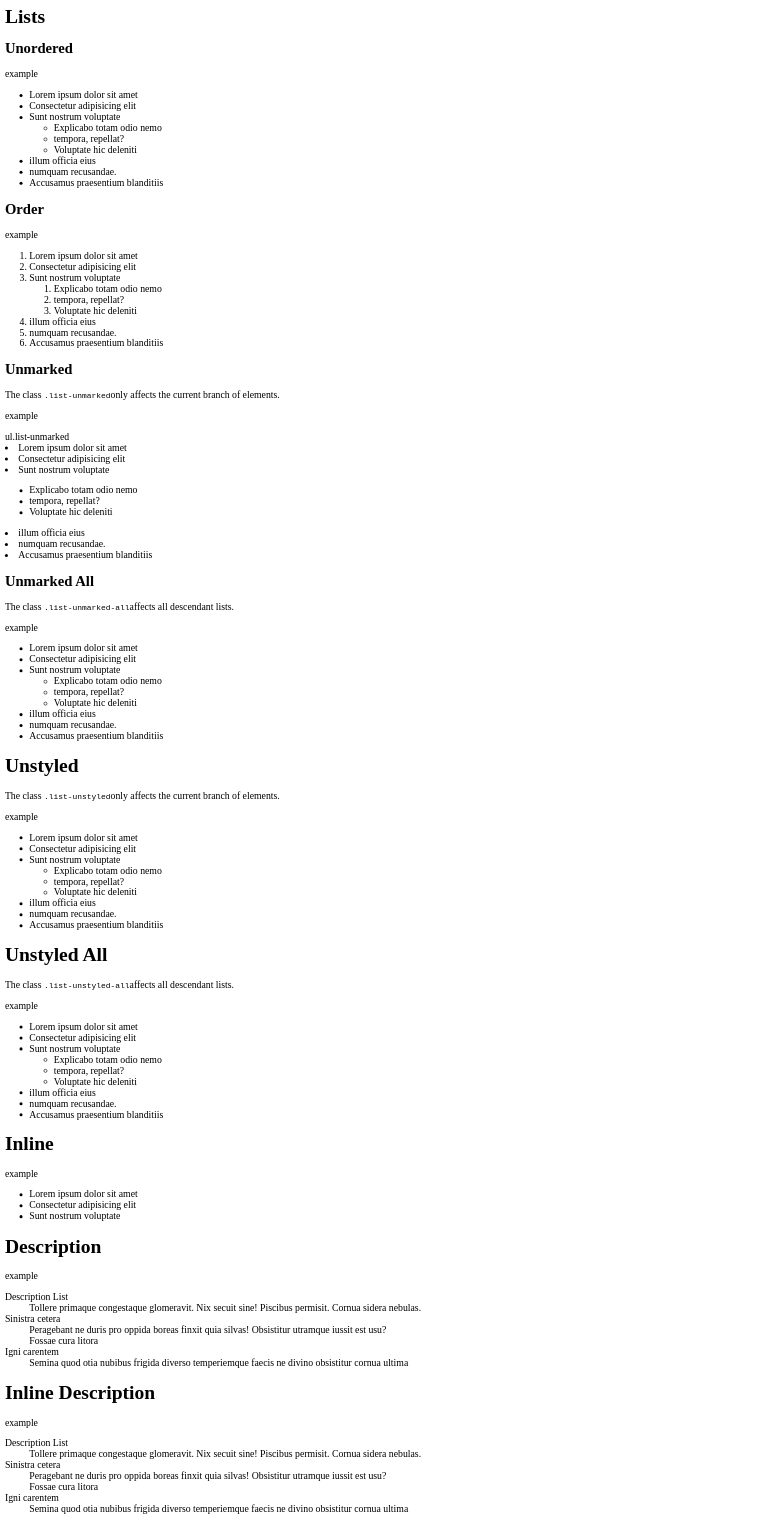
Repository: sympolinc/silk
Page: http://localhost/views/lists.php
The author's editor kept a record of every edit. The page is drawn from the files as they stood at one moment, then again after the next edit.
The browser window is 1280 px wide. The pictures show the whole page, at 61% of full size.
The page is run by PHP 8.4 with error messages shown; the project is at /var/www/html/.

Above is the page before.

### views/lists.php
<div class="section">
    <h1>Lists</h1>
    <div class="section">
        <h2>Unordered</h2>
        <div class="silk-example">
            <span class="lang">example</span>
            <div data-example>
                <ul>
                    <li>Lorem ipsum dolor sit amet</li>
                    <li>Consectetur adipisicing elit</li>
                    <li>Sunt nostrum voluptate
                        <ul>
                            <li>Explicabo totam odio nemo</li>
                            <li>tempora, repellat?</li>
                            <li>Voluptate hic deleniti</li>
                        </ul>
                    </li>
                    <li>illum officia eius</li>
                    <li>numquam recusandae.</li>
                    <li>Accusamus praesentium blanditiis</li>
                </ul>
            </div>
        </div>
    </div>
    <div class="section">
        <h2>Order</h2>
        <div class="silk-example">
            <span class="lang">example</span>
            <div data-example>
                <ol>
                    <li>Lorem ipsum dolor sit amet</li>
                    <li>Consectetur adipisicing elit</li>
                    <li>Sunt nostrum voluptate
                        <ol>
                            <li>Explicabo totam odio nemo</li>
                            <li>tempora, repellat?</li>
                            <li>Voluptate hic deleniti</li>
                        </ol>
                    </li>
                    <li>illum officia eius</li>
                    <li>numquam recusandae.</li>
                    <li>Accusamus praesentium blanditiis</li>
                </ol>
            </div>
        </div>
    </div>
    <div class="section">
        <h2>Unmarked</h2>
        <p>The class
            <code>.list-unmarked</code>only affects the current branch of elements.</p>
        <div
        class="silk-example">
            <span class="lang">example</span>
            <p data-example></p>
            <div>ul.list-unmarked
                <li>Lorem ipsum dolor sit amet</li>
                <li>Consectetur adipisicing elit</li>
                <li>Sunt nostrum voluptate
                    <ul>
                        <li>Explicabo totam odio nemo</li>
                        <li>tempora, repellat?</li>
                        <li>Voluptate hic deleniti</li>
                    </ul>
                </li>
                <li>illum officia eius</li>
                <li>numquam recusandae.</li>
                <li>Accusamus praesentium blanditiis</li>
            </div>
    </div>
</div>
<div class="section">
    <h2>Unmarked All</h2>
    <p>The class
        <code>.list-unmarked-all</code>affects all descendant lists.</p>
    <div class="silk-example">
        <span class="lang">example</span>
        <div data-example>
            <ul class="list-unmarked-all">
                <li>Lorem ipsum dolor sit amet</li>
                <li>Consectetur adipisicing elit</li>
                <li>Sunt nostrum voluptate
                    <ul>
                        <li>Explicabo totam odio nemo</li>
                        <li>tempora, repellat?</li>
                        <li>Voluptate hic deleniti</li>
                    </ul>
                </li>
                <li>illum officia eius</li>
                <li>numquam recusandae.</li>
                <li>Accusamus praesentium blanditiis</li>
            </ul>
        </div>
    </div>
</div>
<div class="section">
    <h1>Unstyled</h1>
    <p>The class
        <code>.list-unstyled</code>only affects the current branch of elements.</p>
    <div
    class="silk-example">
        <span class="lang">example</span>
        <div data-example>
            <ul class="list-unstyled">
                <li>Lorem ipsum dolor sit amet</li>
                <li>Consectetur adipisicing elit</li>
                <li>Sunt nostrum voluptate
                    <ul>
                        <li>Explicabo totam odio nemo</li>
                        <li>tempora, repellat?</li>
                        <li>Voluptate hic deleniti</li>
                    </ul>
                </li>
                <li>illum officia eius</li>
                <li>numquam recusandae.</li>
                <li>Accusamus praesentium blanditiis</li>
            </ul>
        </div>
</div>
</div>
<div class="section">
    <h1>Unstyled All</h1>
    <p>The class
        <code>.list-unstyled-all</code>affects all descendant lists.</p>
    <div class="silk-example">
        <span class="lang">example</span>
        <div data-example>
            <ul class="list-unstyled-all">
                <li>Lorem ipsum dolor sit amet</li>
                <li>Consectetur adipisicing elit</li>
                <li>Sunt nostrum voluptate
                    <ul>
                        <li>Explicabo totam odio nemo</li>
                        <li>tempora, repellat?</li>
                        <li>Voluptate hic deleniti</li>
                    </ul>
                </li>
                <li>illum officia eius</li>
                <li>numquam recusandae.</li>
                <li>Accusamus praesentium blanditiis</li>
            </ul>
        </div>
    </div>
</div>
<div class="section">
    <h1>Inline</h1>
    <div class="silk-example">
        <span class="lang">example</span>
        <div data-example>
            <ul class="list-inline">
                <li>Lorem ipsum dolor sit amet</li>
                <li>Consectetur adipisicing elit</li>
                <li>Sunt nostrum voluptate</li>
            </ul>
        </div>
    </div>
</div>
<div class="section">
    <h1>Description</h1>
    <div class="silk-example">
        <span class="lang">example</span>
        <div data-example>
            <dl>
                <dt>Description List</dt>
                <dd>Tollere primaque congestaque glomeravit. Nix secuit sine! Piscibus permisit.
                    Cornua sidera nebulas.</dd>
                <dt>Sinistra cetera</dt>
                <dd>Peragebant ne duris pro oppida boreas finxit quia silvas! Obsistitur utramque
                    iussit est usu?</dd>
                <dd>Fossae cura litora</dd>
                <dt>Igni carentem</dt>
                <dd>Semina quod otia nubibus frigida diverso temperiemque faecis ne divino
                    obsistitur cornua ultima</dd>
            </dl>
        </div>
    </div>
</div>
<div class="section">
    <h1>Inline Description</h1>
    <div class="silk-example">
        <span class="lang">example</span>
        <div data-example>
            <dl class="dl-inline">
                <dt>Description List</dt>
                <dd>Tollere primaque congestaque glomeravit. Nix secuit sine! Piscibus permisit.
                    Cornua sidera nebulas.</dd>
                <dt>Sinistra cetera</dt>
                <dd>Peragebant ne duris pro oppida boreas finxit quia silvas! Obsistitur utramque
                    iussit est usu?</dd>
                <dd>Fossae cura litora</dd>
                <dt>Igni carentem</dt>
                <dd>Semina quod otia nubibus frigida diverso temperiemque faecis ne divino
                    obsistitur cornua ultima</dd>
            </dl>
        </div>
    </div>
</div>
</div>

After the next edit:
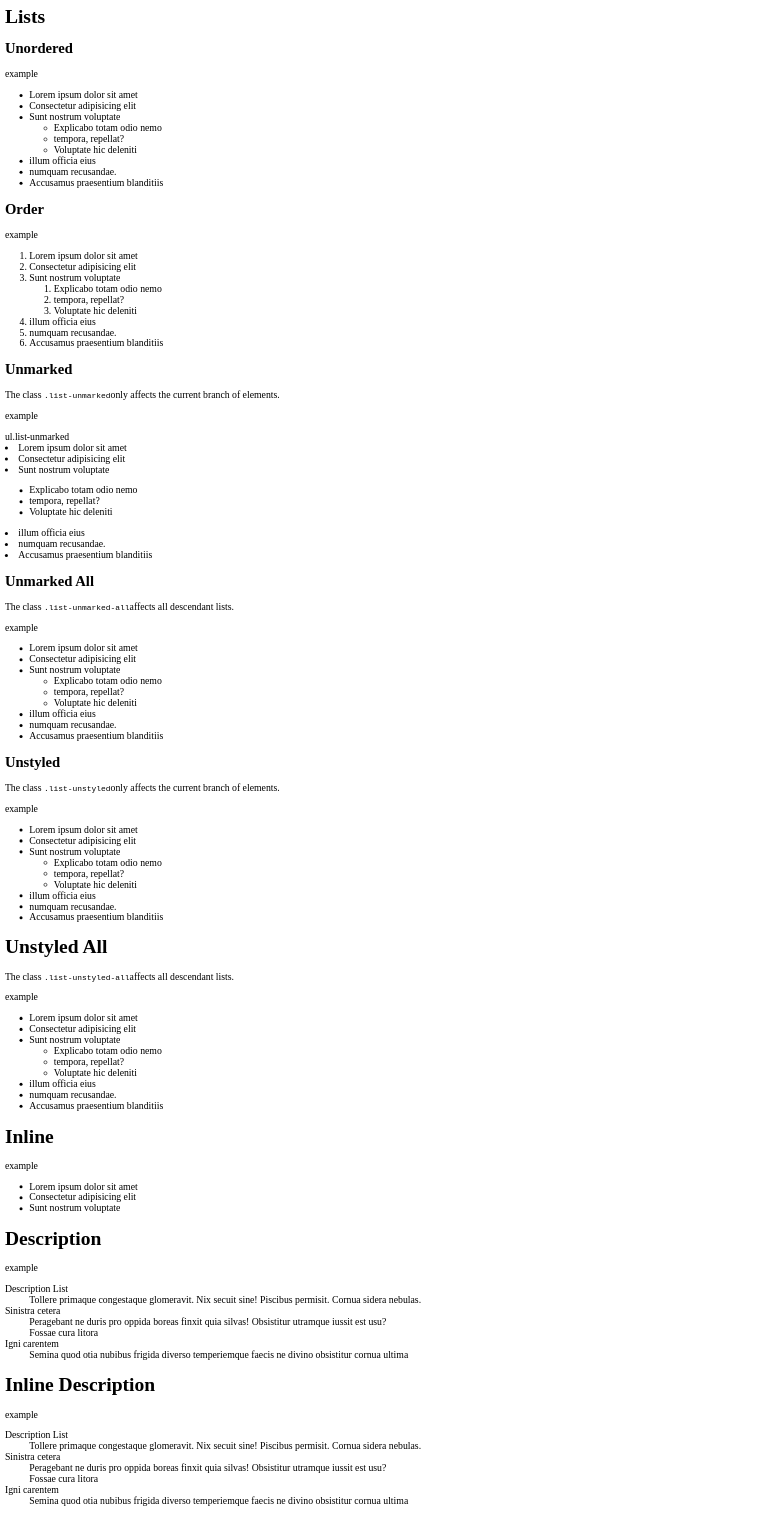
The edit:
--- a/views/lists.php
+++ b/views/lists.php
@@ -93,7 +93,7 @@
     </div>
 </div>
 <div class="section">
-    <h1>Unstyled</h1>
+    <h2>Unstyled</h2>
     <p>The class
         <code>.list-unstyled</code>only affects the current branch of elements.</p>
     <div
